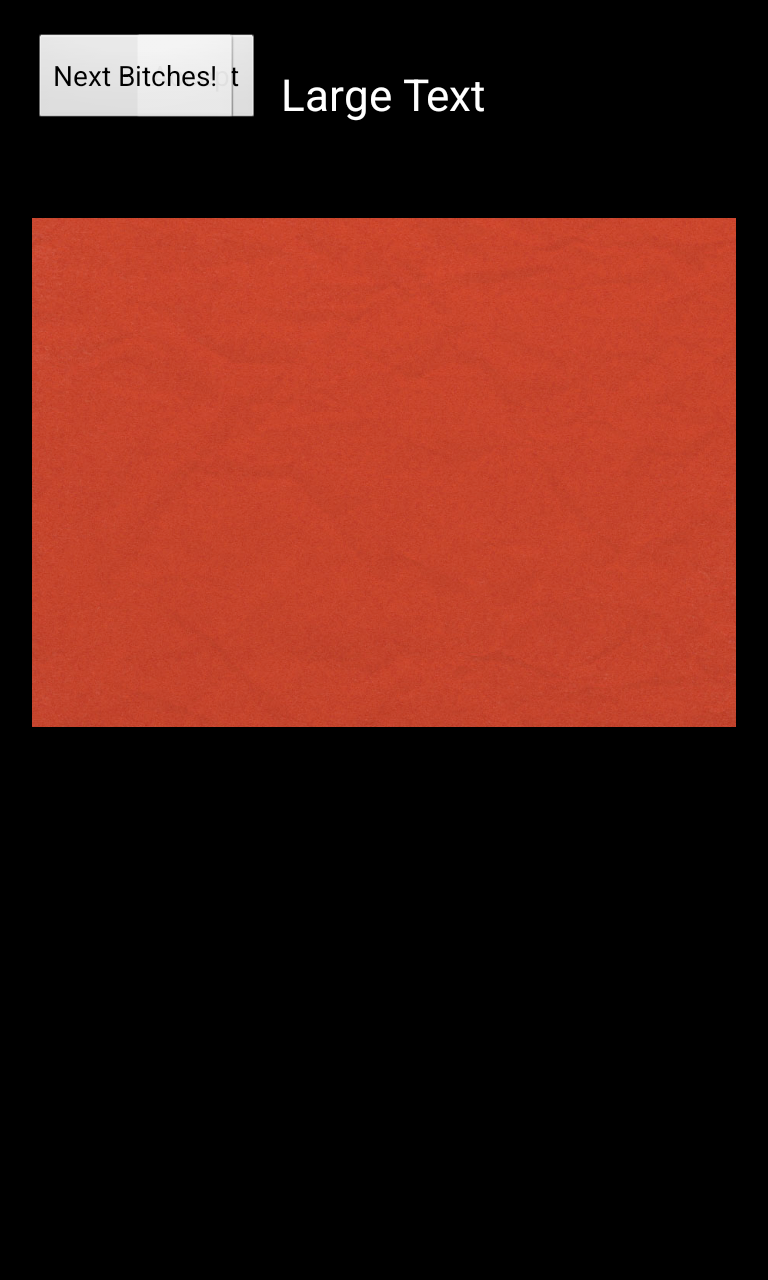
Repository: imhossu/FeedJulia
Layout: FeedJulia/res/layout/activity_place.xml
The author's editor kept a copy of each file at every save. The layout is drawn from the files as they stood at one save, then again after the next save.
It is drawn on a 768 x 1280 px phone screen (xhdpi) without system bars, with theme android:Theme.NoTitleBar; the app's code is not run.

Above is the layout before, as saved 2014-01-26 04:49:17.

### FeedJulia/res/layout/activity_place.xml
<RelativeLayout xmlns:android="http://schemas.android.com/apk/res/android"
    xmlns:tools="http://schemas.android.com/tools"
    android:layout_width="match_parent"
    android:layout_height="match_parent"
    android:paddingBottom="@dimen/activity_vertical_margin"
    android:paddingLeft="@dimen/activity_horizontal_margin"
    android:paddingRight="@dimen/activity_horizontal_margin"
    android:paddingTop="@dimen/activity_vertical_margin"
    tools:context=".Place" >

    <TextView
        android:id="@+id/title"
        android:layout_width="wrap_content"
        android:layout_height="wrap_content"
        android:layout_alignParentTop="true"
        android:layout_centerHorizontal="true"
        android:layout_marginTop="16dp"
        android:text="Large Text"
        android:textAppearance="?android:attr/textAppearanceLarge" />

    <ImageView
        android:id="@+id/image"
        android:layout_width="wrap_content"
        android:layout_height="wrap_content"
        android:layout_below="@+id/textView1"
        android:layout_centerHorizontal="true"
        android:src="@drawable/red" />

    <Button
        android:id="@+id/accept"
        android:layout_width="wrap_content"
        android:layout_height="wrap_content"
        android:layout_alignBottom="@+id/imageView1"
        android:layout_alignLeft="@+id/imageView1"
        android:layout_marginBottom="16dp"
        android:layout_marginLeft="49dp"
        android:text="Accept" />

    <Button
        android:id="@+id/next"
        android:layout_width="wrap_content"
        android:layout_height="wrap_content"
        android:layout_alignBottom="@+id/button1"
        android:layout_alignRight="@+id/imageView1"
        android:layout_marginRight="49dp"
        android:text="Next Bitches!" />

</RelativeLayout>

Loaded but not shown: FeedJulia/res/values/dimens.xml (common file)

After the next save:
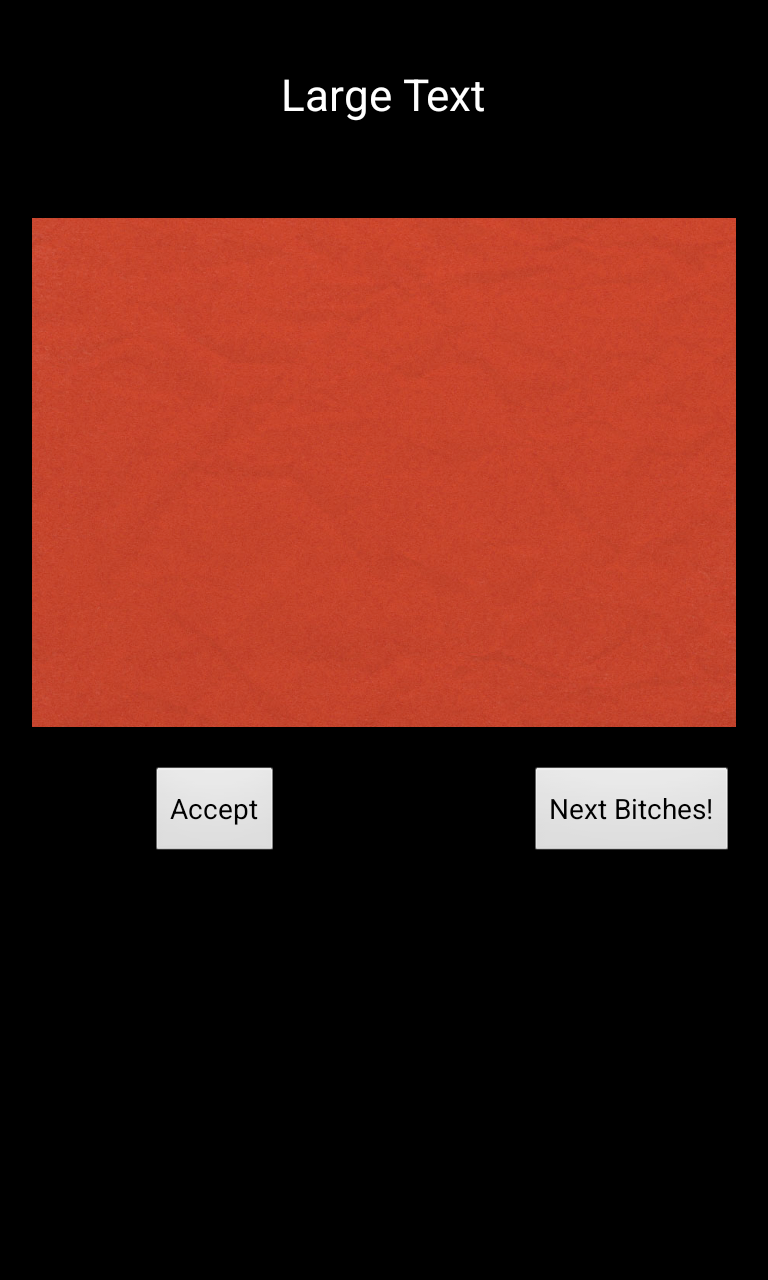
Saved 2 min 8 s later.
--- a/FeedJulia/res/layout/activity_place.xml
+++ b/FeedJulia/res/layout/activity_place.xml
@@ -27,22 +27,21 @@
         android:src="@drawable/red" />
 
     <Button
+        android:id="@+id/next"
+        android:layout_width="wrap_content"
+        android:layout_height="wrap_content"
+        android:layout_alignBottom="@+id/image"
+        android:layout_alignRight="@+id/image"
+        android:layout_marginBottom="26dp"
+        android:text="Next Bitches!" />
+
+    <Button
         android:id="@+id/accept"
         android:layout_width="wrap_content"
         android:layout_height="wrap_content"
-        android:layout_alignBottom="@+id/imageView1"
-        android:layout_alignLeft="@+id/imageView1"
-        android:layout_marginBottom="16dp"
-        android:layout_marginLeft="49dp"
+        android:layout_alignBaseline="@+id/next"
+        android:layout_alignBottom="@+id/next"
+        android:layout_toLeftOf="@+id/title"
         android:text="Accept" />
 
-    <Button
-        android:id="@+id/next"
-        android:layout_width="wrap_content"
-        android:layout_height="wrap_content"
-        android:layout_alignBottom="@+id/button1"
-        android:layout_alignRight="@+id/imageView1"
-        android:layout_marginRight="49dp"
-        android:text="Next Bitches!" />
-
 </RelativeLayout>
